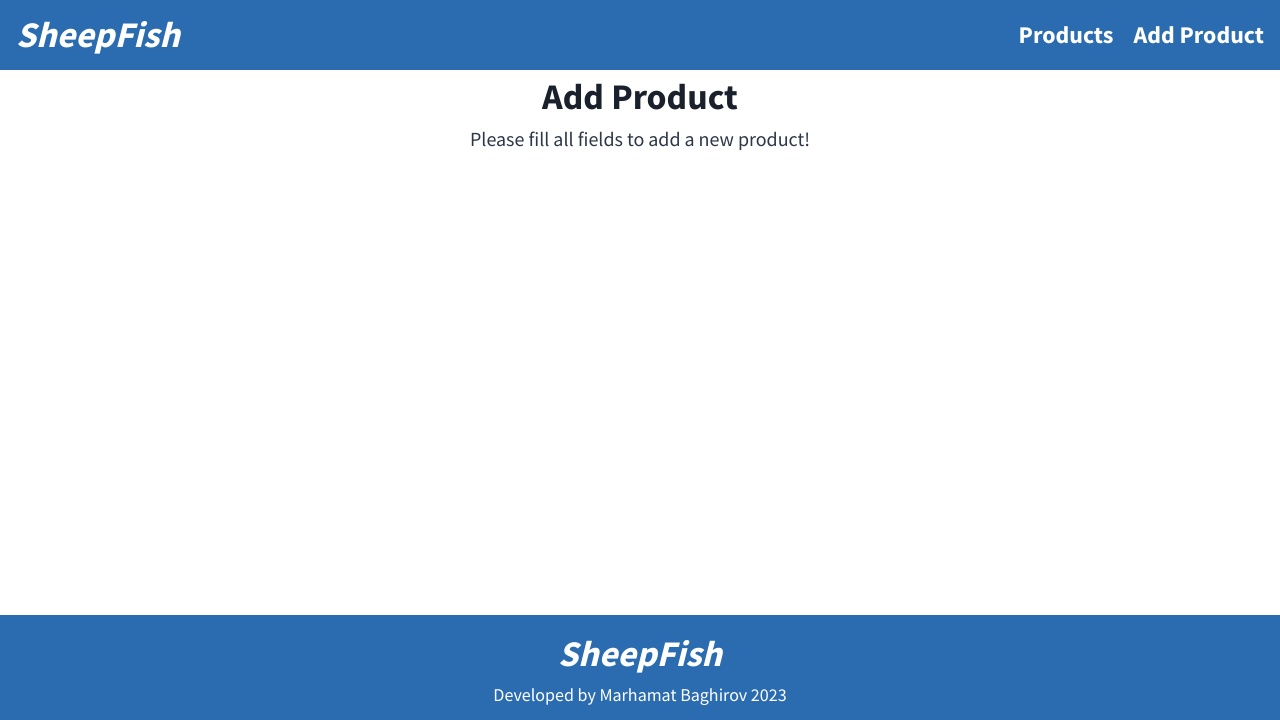
Repository: Marhamat92/sheep-fish-task
Page: /products/add
The author's editor kept a copy of each file at every save. The page is drawn from the files as they stood at one save, then again after the next save.
The browser window is 1280 px wide. The pictures show the whole page.
The project was rebuilt for these pictures with package versions that can differ from the ones it lists, and the page was loaded fresh each time. Also part of the build but not shown: src/App.css, src/components/SearchField.tsx, src/components/ListTable.tsx, src/pages/Products/ProductList.tsx.

Above is the page before, as saved 2023-03-28 19:40:19.

### public/index.html
<!DOCTYPE html>
<html lang="en">

<head>
  <meta charset="utf-8" />
  <link rel="icon" href="%PUBLIC_URL%/favicon.ico" />
  <meta name="viewport" content="width=device-width, initial-scale=1" />
  <meta name="theme-color" content="#000000" />
  <meta name="description" content="Web site created using create-react-app" />
  <link rel="apple-touch-icon" href="%PUBLIC_URL%/logo192.png" />
  <link rel="preconnect" href="https://fonts.googleapis.com">
  <link rel="preconnect" href="https://fonts.gstatic.com" crossorigin>
  <link href="https://fonts.googleapis.com/css2?family=Source+Sans+Pro:wght@200;300;400;600;700;900&display=swap"
    rel="stylesheet">
  <!--
      manifest.json provides metadata used when your web app is installed on a
      user's mobile device or desktop. See https://developers.google.com/web/fundamentals/web-app-manifest/
    -->
  <link rel="manifest" href="%PUBLIC_URL%/manifest.json" />
  <!--
      Notice the use of %PUBLIC_URL% in the tags above.
      It will be replaced with the URL of the `public` folder during the build.
      Only files inside the `public` folder can be referenced from the HTML.

      Unlike "/favicon.ico" or "favicon.ico", "%PUBLIC_URL%/favicon.ico" will
      work correctly both with client-side routing and a non-root public URL.
      Learn how to configure a non-root public URL by running `npm run build`.
    -->
  <title>SheepFish</title>
</head>

<body>
  <noscript>You need to enable JavaScript to run this app.</noscript>
  <div id="root"></div>
  <!--
      This HTML file is a template.
      If you open it directly in the browser, you will see an empty page.

      You can add webfonts, meta tags, or analytics to this file.
      The build step will place the bundled scripts into the <body> tag.

      To begin the development, run `npm start` or `yarn start`.
      To create a production bundle, use `npm run build` or `yarn build`.
    -->
</body>

</html>

### src/index.css
@tailwind base;
@tailwind components;
@tailwind utilities;


body {
  font-family: 'Source Sans Pro', sans-serif;
}

code {
  font-family: 'Source Sans Pro', sans-serif;
}

### src/App.tsx
import React from "react";
import logo from "./logo.svg";
import "./App.css";
import Header from "./components/Header";
import Layout from "./Layout/Layout";
import BaseRouter from "./routes";

function App() {
  return (
    <div>
      <Layout>
        <BaseRouter />
      </Layout>
    </div>
  );
}

export default App;

### src/Layout/Layout.tsx
import React from "react";
import Header from "../components/Header";
import Footer from "../components/Footer";

type Props = {
  children: React.ReactNode;
};

const Layout = ({ children }: Props) => {
  return (
    <div>
      <Header />
      {children}
      <Footer />
    </div>
  );
};

export default Layout;

### src/routes.js
import { Route, Routes } from "react-router-dom";
import React from "react";
import ProductList from "./pages/Products/ProductList";
import AddProduct from "./pages/Products/AddProduct";

const BaseRouter = () => (
  <Routes>
    <Route exact path="/" element={
      <ProductList />
    } />
    <Route exact path="/products"
      element={
        <ProductList />
      }
    />
    <Route exact path="/products/add" element={
      <AddProduct />
    } />
  </Routes>
);

export default BaseRouter;

### src/components/Header.tsx
import React, { useEffect, useState } from "react";
import { Link } from "react-router-dom";
import { BiMenu } from "react-icons/bi";

type Props = {};

const Header = (props: Props) => {
  const [mobileMenu, setMobileMenu] = useState(false);
  const [showMobileMenu, setShowMobileMenu] = useState(false);

  const checkScreenSize = () => {
    if (window.innerWidth <= 768) {
      setMobileMenu(true);
    } else {
      setMobileMenu(false);
      setShowMobileMenu(false);
    }
  };

  useEffect(() => {
    checkScreenSize();
    window.addEventListener("resize", checkScreenSize);
    return () => {
      window.removeEventListener("resize", checkScreenSize);
    };
  }, [mobileMenu]);

  return (
    <div className=' bg-mainPrimary '>
      <div className='container flex flex-row justify-between items-center py-2'>
        <div>
          <h1
            className='
            text-4xl font-bold text-white italic
          '
          >
            SheepFish
          </h1>
        </div>
        {mobileMenu ? (
          <BiMenu
            onClick={() => {
              setShowMobileMenu(true);
            }}
            className='text-3xl text-white'
          />
        ) : (
          <div className='flex flex-row justify-between space-x-5'>
            <Link to='/products'>
              <div
                className='text-2xl font-bold text-white hover:underline transition-all duration-300
          cursor-pointer'
              >
                Products
              </div>
            </Link>
            <Link to='/products/add'>
              <div className='text-2xl font-bold text-white hover:underline transition-all duration-300 cursor-pointer'>
                Add Product
              </div>
            </Link>
          </div>
        )}
        {showMobileMenu && (
          <div className='bg-mainTertiary h-screen absolute top-0 left-0 right-0 '>
            <div className='flex flex-col justify-center items-center'>
              <div className='text-2xl font-bold text-white hover:underline transition-all duration-300 cursor-pointer'>
                Products
              </div>
              <div className='text-2xl font-bold text-white hover:underline transition-all duration-300 cursor-pointer'>
                Add Product
              </div>
            </div>
          </div>
        )}
      </div>
    </div>
  );
};

export default Header;

### src/components/Footer.tsx
import React from "react";

type Props = {};

const Footer = ({}: Props) => {
  return (
    <div className='bg-mainPrimary py-3 absolute bottom-0 w-full'>
      <div className='container mx-auto flex flex-col items-center justify-center'>
        <h1 className='text-4xl font-bold text-white italic text-center'>
          SheepFish
        </h1>
        <p className='text-white font-regular text-lg text-center'>
          Developed by Marhamat Baghirov {new Date().getFullYear()}
        </p>
      </div>
    </div>
  );
};

export default Footer;

### src/pages/Products/AddProduct.tsx
import React from "react";

type Props = {};

const AddProduct = (props: Props) => {
  return (
    <div>
      <div className='flex flex-col items-center justify-center '>
        <h1 className='text-4xl font-bold text-textPrimary'>Add Product</h1>
        <p className='text-textSecondary text-xl'>
          Please fill all fields to add a new product!
        </p>
      </div>
    </div>
  );
};

export default AddProduct;

### tailwind.config.js
/** @type {import('tailwindcss').Config} */
module.exports = {
  content: ["./src/**/*.{js,jsx,ts,tsx}",],
  theme: {
    extend: {
      colors: {
        "textPrimary": "#1a202c",
        "textSecondary": "#2d3748",
        "textTertiary": "#4a5568",
        "mainPrimary": "#2b6cb0",
        "mainSecondary": "#4299e1",
        "mainTertiary": "#63b3ed",
        "success": "#48bb78",
        "danger": "#e53e3e",
        "warning": "#dd6b20",
        "info": "#3182ce",
        "light": "#f7fafc",
        "dark": "#1a202c",
        "white": "#fff",
        "black": "#000",
        //close this
      },
      fontFamily: {
        sans: ["Roboto", "sans-serif"],
      },
      fontSize: {
        "xs": ".75rem",
        "sm": ".875rem",
        "tiny": ".875rem",
        "base": "1rem",
        "lg": "1.125rem",
        "xl": "1.25rem",
        "2xl": "1.5rem",
        "3xl": "1.875rem",
        "4xl": "2.25rem",
        "5xl": "3rem",
        "6xl": "4rem",
        "7xl": "5rem",
        "8xl": "6rem",
        "9xl": "7rem",
        "10xl": "8rem",
      },
      spacing: {
        "0": "0",
        "1": "0.25rem",
        "2": "0.5rem",
        "3": "0.75rem",
        "4": "1rem",
        "5": "1.25rem",
        "6": "1.5rem",
        "8": "2rem",
      },
      boxShadow: {
        "xs": "0 0 0 1px rgba(0, 0, 0, 0.05)",
        "sm": "0 1px 2px 0 rgba(0, 0, 0, 0.05)",
        "default": "0 1px 3px 0 rgba(0, 0, 0, 0.1), 0 1px 2px 0 rgba(0, 0, 0, 0.06)",
        "md": "0 4px 6px -1px rgba(0, 0, 0, 0.1), 0 2px 4px -1px rgba(0, 0, 0, 0.06)",
        "lg": "0 10px 15px -3px rgba(0, 0, 0, 0.1), 0 4px 6px -2px rgba(0, 0, 0, 0.05)",
        "xl": "0 20px 25px -5px rgba(0, 0, 0, 0.1), 0 10px 10px -5px rgba(0, 0, 0, 0.04)",
        "2xl": "0 25px 50px -12px rgba(0, 0, 0, 0.25)",
      },
      screens: {
        "xs": "320px",
        "sm": "640px",
        "md": "768px",
        "lg": "1024px",
        "xl": "1280px",
        "2xl": "1536px",
      },

      container: {
        center: true,
        padding: "1rem",
      },

    },
    plugins: [




    ],
  }
}

Loaded but not shown: src/index.tsx (common file); src/reportWebVitals.ts (common file)

After the next save:
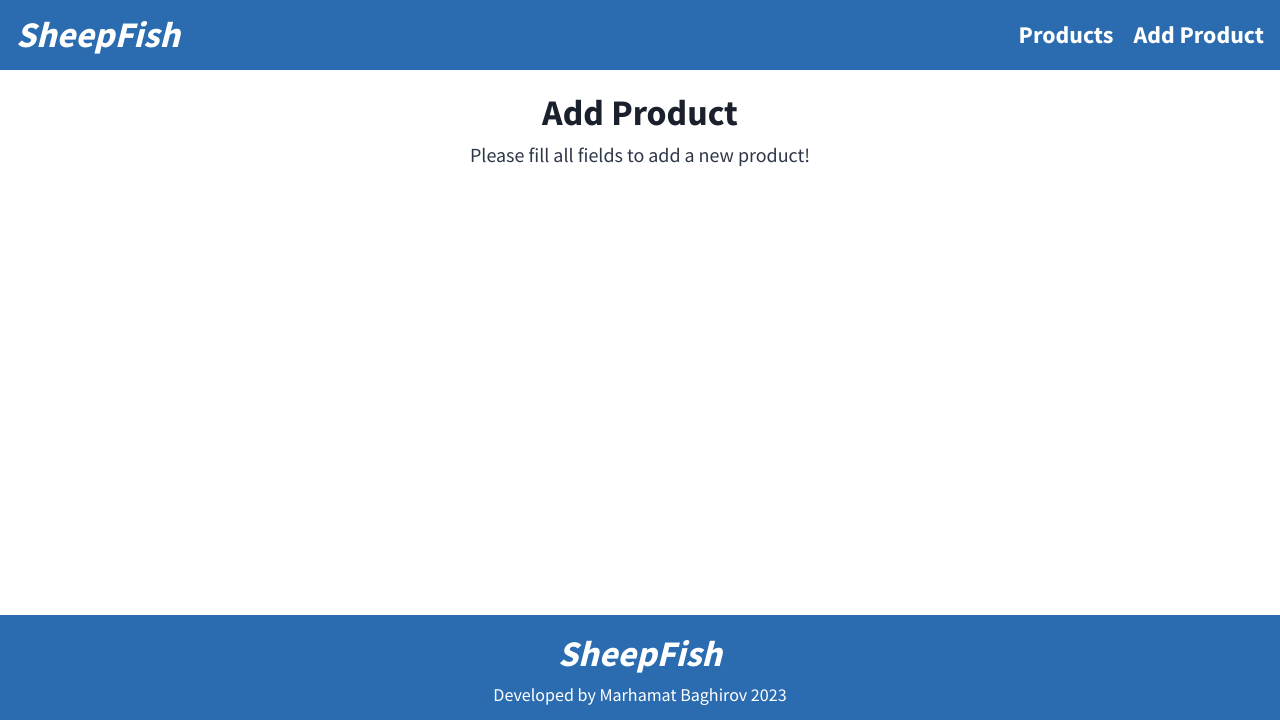
Saved 15 s later.
--- a/src/pages/Products/AddProduct.tsx
+++ b/src/pages/Products/AddProduct.tsx
@@ -5,7 +5,7 @@
 const AddProduct = (props: Props) => {
   return (
     <div>
-      <div className='flex flex-col items-center justify-center '>
+      <div className='flex flex-col items-center justify-center mt-4'>
         <h1 className='text-4xl font-bold text-textPrimary'>Add Product</h1>
         <p className='text-textSecondary text-xl'>
           Please fill all fields to add a new product!
